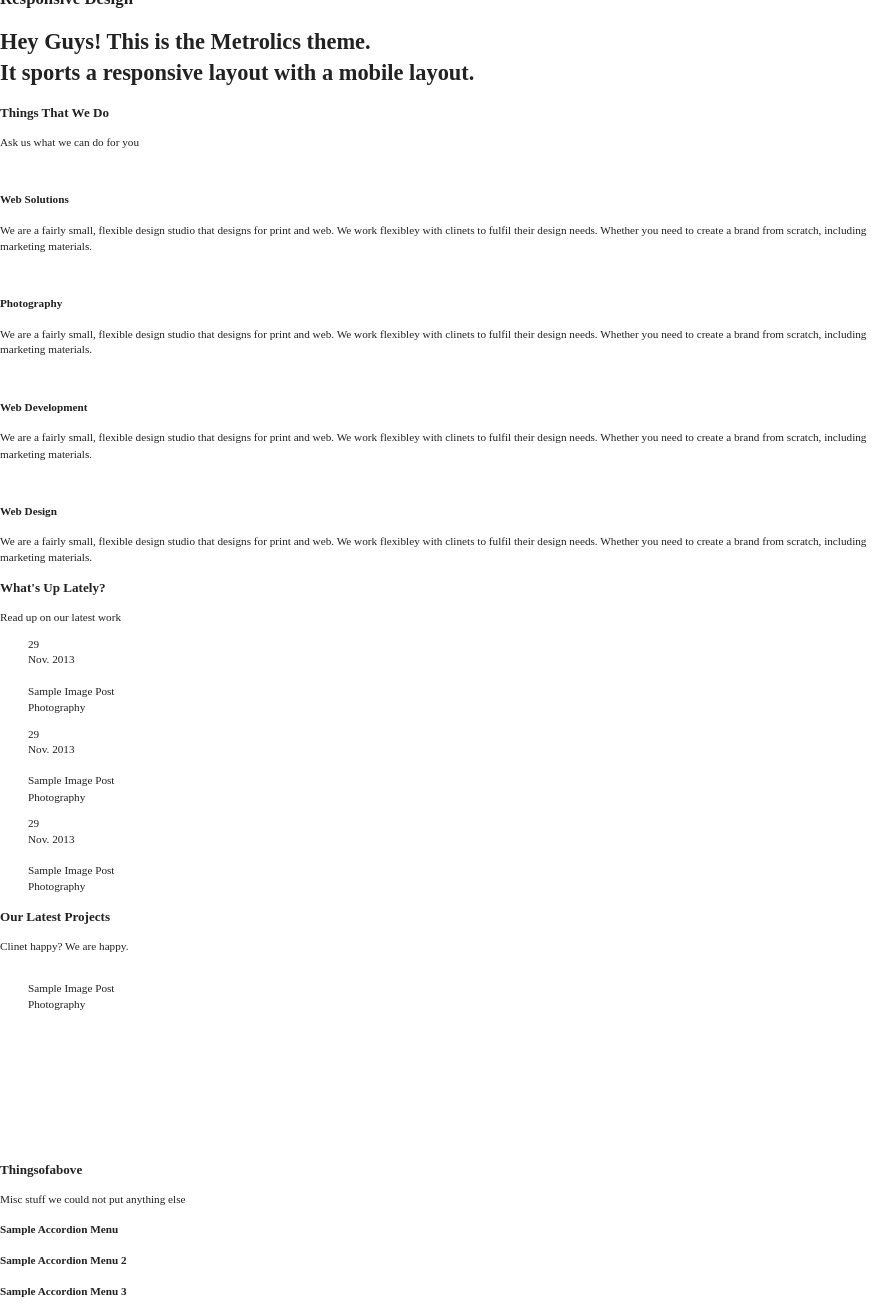
Repository: claudiashin/metrolics
Page: index.html
The author's editor kept a copy of each file at every save. The page is drawn from the files as they stood at one save, then again after a run of saves.
The browser window is 1280 px wide. The pictures show the part of the page from y = 662 to 2582 px (the page is 2538 px tall before and 2582 px after), at 70% of full size.

Above is the page before, as saved 2021-01-27 16:10:51.

### index.html
<!doctype html>
<html class="no-js" lang="EN">

<head>
  <meta charset="utf-8">
  <title>MDIA 2003 Lab 3</title>
  <meta name="description" content="">
  <meta name="viewport" content="width=device-width, initial-scale=1">

  <link rel="manifest" href="site.webmanifest">
  <link rel="apple-touch-icon" href="icon.png">
  <!-- Place favicon.ico in the root directory -->

  <link rel="stylesheet" href="css/normalize.css">
  <link rel="stylesheet" href="css/main.css">
</head>

<body>
  <header class="page_header">
    <div class="logo">
      <div><h1>Metrolics</h1></div>
      <div class="logoimg"><img src=""></div>
    </div>
  </header>

  <nav class="page_nav">
    <div class="nav_container">
      <div class="nav_icon">
        <div><img src=""></div>
        <p>Home</p>
      </div>
      <div class="nav_icon">
        <div><img src=""></div>
        <p>Pages</p>
      </div><div class="nav_icon">
        <div><img src=""></div>
        <p>Blog</p>
      </div><div class="nav_icon">
        <div><img src=""></div>
        <p>Portfolio</p>
      </div><div class="nav_icon">
        <div><img src=""></div>
        <p>Home</p>
      </div>
    </div>
  </nav>

  <section class="main_container">
    <div class="hero_img">
      <img src="">
    </div>
    <div class="">
      <h2>Metro Style</h2>
      <h2>Retina Ready</h2>
      <h2>Responsive Design</h2>
    </div>
  </section>

  <section class="main_container">
    <div>
      <h1>Hey Guys! This is the <span class="textcol">Metrolics</span> theme.<br>It sports a responsive layout with a mobile layout.</h1>
    </div>
  </section>

  <section class="main_container">
    <div class="container">
      <h3>Things That We Do</h3>
      <p>Ask us what we can do for you</p>
    </div>
    <div class="container">
      <div class="container_feature">
        <div class="feature_img">
          <img src="">
        </div>
        <div><h4>Web Solutions</h4></div>
        <div><p>We are a fairly small, flexible design studio that designs for print
          and web. We work flexibley with clinets to fulfil their design needs. Whether
          you need to create a brand from scratch, including marketing materials.
        </p></div>
      </div>
    </div>
    <div class="container">
      <div class="container_feature">
        <div class="feature_img">
          <img src="">
        </div>
        <div><h4>Photography</h4></div>
        <div><p>We are a fairly small, flexible design studio that designs for print
          and web. We work flexibley with clinets to fulfil their design needs. Whether
          you need to create a brand from scratch, including marketing materials.
        </p></div>
      </div>
    </div><div class="container">
      <div class="container_feature">
        <div class="feature_img">
          <img src="">
        </div>
        <div><h4>Web Development</h4></div>
        <div><p>We are a fairly small, flexible design studio that designs for print
          and web. We work flexibley with clinets to fulfil their design needs. Whether
          you need to create a brand from scratch, including marketing materials.
        </p></div>
      </div>
    </div><div class="container">
      <div class="container_feature">
        <div class="feature_img">
          <img src="">
        </div>
        <div><h4>Web Design</h4></div>
        <div><p>We are a fairly small, flexible design studio that designs for print
          and web. We work flexibley with clinets to fulfil their design needs. Whether
          you need to create a brand from scratch, including marketing materials.
        </p></div>
      </div>
    </div>
  </section>

  <section class="main_container">
    <div class="container">
      <h3>What's Up Lately?</h3>
      <p>Read up on our latest work</p>
    </div>
    <div class="container">
      <figure>
        <figcaption>29 <br> Nov. 2013</figcaption>
        <img src="" value="">
        <figcaption>Sample Image Post <br> Photography</figcaption>
      </figure>
    </div>
    <div class="container">
      <figure>
        <figcaption>29 <br> Nov. 2013</figcaption>
        <img src="" value="">
        <figcaption>Sample Image Post <br> Photography</figcaption>
      </figure>
    </div>
    <div class="container">
      <figure>
        <figcaption>29 <br> Nov. 2013</figcaption>
        <img src="" value="">
        <figcaption>Sample Image Post <br> Photography</figcaption>
      </figure>
    </div>
  </section>

  <section class="main_container">
    <div class="container">
      <h3>Our Latest Projects </h3>
      <p>Clinet happy? We are happy.</p>
    </div>
    <div class="container">
      <figure>
        <img src="" value="">
        <figcaption>Sample Image Post <br> Photography</figcaption>
      </figure>
    </div>
    <div class="container">
      <figure>
        <img src="" value="">
      </figure>
    </div>
    <div class="container">
      <figure>
        <img src="" value="">
      </figure>
    </div>
    <div class="container">
      <figure>
        <img src="" value="">
      </figure>
    </div>
    <div class="container">
      <figure>
        <img src="" value="">
      </figure>
    </div>
    <div class="container">
      <figure>
        <img src="" value="">
      </figure>
    </div>
  </section>

  <section class="main_container">
    <div class="container">
      <h3>Thingsofabove </h3>
      <p>Misc stuff we could not put anything else</p>
    </div>
    <div class="container">
      <div class="items">
        <h4>Sample Accordion Menu</h4>
      </div>
      <div class="items">
        <div class="items_img">

        </div>
      </div>
      <div class="items">
        <h4>Sample Accordion Menu 2</h4>
      </div>
      <div class="items">
        <h4>Sample Accordion Menu 3</h4>
      </div>
    </div>

    <div class="container">

    </div>



  </section>

  <footer>

  </footer>
</body>

</html>

### css/main.css
/*! HTML5 Boilerplate v8.0.0 | MIT License | https://html5boilerplate.com/ */

/* main.css 2.1.0 | MIT License | https://github.com/h5bp/main.css#readme */
/*
 * What follows is the result of much research on cross-browser styling.
 * Credit left inline and big thanks to Nicolas Gallagher, Jonathan Neal,
 * Kroc Camen, and the H5BP dev community and team.
 */

/* ==========================================================================
   Base styles: opinionated defaults
   ========================================================================== */

html {
  color: #222;
  font-size: 1em;
  line-height: 1.4;
}

/*
 * Remove text-shadow in selection highlight:
 * https://twitter.com/miketaylr/status/12228805301
 *
 * Vendor-prefixed and regular ::selection selectors cannot be combined:
 * https://stackoverflow.com/a/16982510/7133471
 *
 * Customize the background color to match your design.
 */

::-moz-selection {
  background: #b3d4fc;
  text-shadow: none;
}

::selection {
  background: #b3d4fc;
  text-shadow: none;
}

/*
 * A better looking default horizontal rule
 */

hr {
  display: block;
  height: 1px;
  border: 0;
  border-top: 1px solid #ccc;
  margin: 1em 0;
  padding: 0;
}

/*
 * Remove the gap between audio, canvas, iframes,
 * images, videos and the bottom of their containers:
 * https://github.com/h5bp/html5-boilerplate/issues/440
 */

audio,
canvas,
iframe,
img,
svg,
video {
  vertical-align: middle;
}

/*
 * Remove default fieldset styles.
 */

fieldset {
  border: 0;
  margin: 0;
  padding: 0;
}

/*
 * Allow only vertical resizing of textareas.
 */

textarea {
  resize: vertical;
}

/* ==========================================================================
   Author's custom styles
   ========================================================================== */

/* ==========================================================================
   Helper classes
   ========================================================================== */

/*
 * Hide visually and from screen readers
 */

.hidden,
[hidden] {
  display: none !important;
}

/*
 * Hide only visually, but have it available for screen readers:
 * https://snook.ca/archives/html_and_css/hiding-content-for-accessibility
 *
 * 1. For long content, line feeds are not interpreted as spaces and small width
 *    causes content to wrap 1 word per line:
 *    https://medium.com/@jessebeach/beware-smushed-off-screen-accessible-text-5952a4c2cbfe
 */

.sr-only {
  border: 0;
  clip: rect(0, 0, 0, 0);
  height: 1px;
  margin: -1px;
  overflow: hidden;
  padding: 0;
  position: absolute;
  white-space: nowrap;
  width: 1px;
  /* 1 */
}

/*
 * Extends the .sr-only class to allow the element
 * to be focusable when navigated to via the keyboard:
 * https://www.drupal.org/node/897638
 */

.sr-only.focusable:active,
.sr-only.focusable:focus {
  clip: auto;
  height: auto;
  margin: 0;
  overflow: visible;
  position: static;
  white-space: inherit;
  width: auto;
}

/*
 * Hide visually and from screen readers, but maintain layout
 */

.invisible {
  visibility: hidden;
}

/*
 * Clearfix: contain floats
 *
 * For modern browsers
 * 1. The space content is one way to avoid an Opera bug when the
 *    `contenteditable` attribute is included anywhere else in the document.
 *    Otherwise it causes space to appear at the top and bottom of elements
 *    that receive the `clearfix` class.
 * 2. The use of `table` rather than `block` is only necessary if using
 *    `:before` to contain the top-margins of child elements.
 */

.clearfix::before,
.clearfix::after {
  content: " ";
  display: table;
}

.clearfix::after {
  clear: both;
}

/* ==========================================================================
   EXAMPLE Media Queries for Responsive Design.
   These examples override the primary ('mobile first') styles.
   Modify as content requires.
   ========================================================================== */

@media only screen and (min-width: 35em) {
  /* Style adjustments for viewports that meet the condition */
}

@media print,
  (-webkit-min-device-pixel-ratio: 1.25),
  (min-resolution: 1.25dppx),
  (min-resolution: 120dpi) {
  /* Style adjustments for high resolution devices */
}

/* ==========================================================================
   Print styles.
   Inlined to avoid the additional HTTP request:
   https://www.phpied.com/delay-loading-your-print-css/
   ========================================================================== */

@media print {
  *,
  *::before,
  *::after {
    background: #fff !important;
    color: #000 !important;
    /* Black prints faster */
    box-shadow: none !important;
    text-shadow: none !important;
  }

  a,
  a:visited {
    text-decoration: underline;
  }

  a[href]::after {
    content: " (" attr(href) ")";
  }

  abbr[title]::after {
    content: " (" attr(title) ")";
  }

  /*
   * Don't show links that are fragment identifiers,
   * or use the `javascript:` pseudo protocol
   */
  a[href^="#"]::after,
  a[href^="javascript:"]::after {
    content: "";
  }

  pre {
    white-space: pre-wrap !important;
  }

  pre,
  blockquote {
    border: 1px solid #999;
    page-break-inside: avoid;
  }

  /*
   * Printing Tables:
   * https://web.archive.org/web/20180815150934/http://css-discuss.incutio.com/wiki/Printing_Tables
   */
  thead {
    display: table-header-group;
  }

  tr,
  img {
    page-break-inside: avoid;
  }

  p,
  h2,
  h3 {
    orphans: 3;
    widows: 3;
  }

  h2,
  h3 {
    page-break-after: avoid;
  }
}

Loaded but not shown: css/normalize.css (library)

After the next 6 saves:
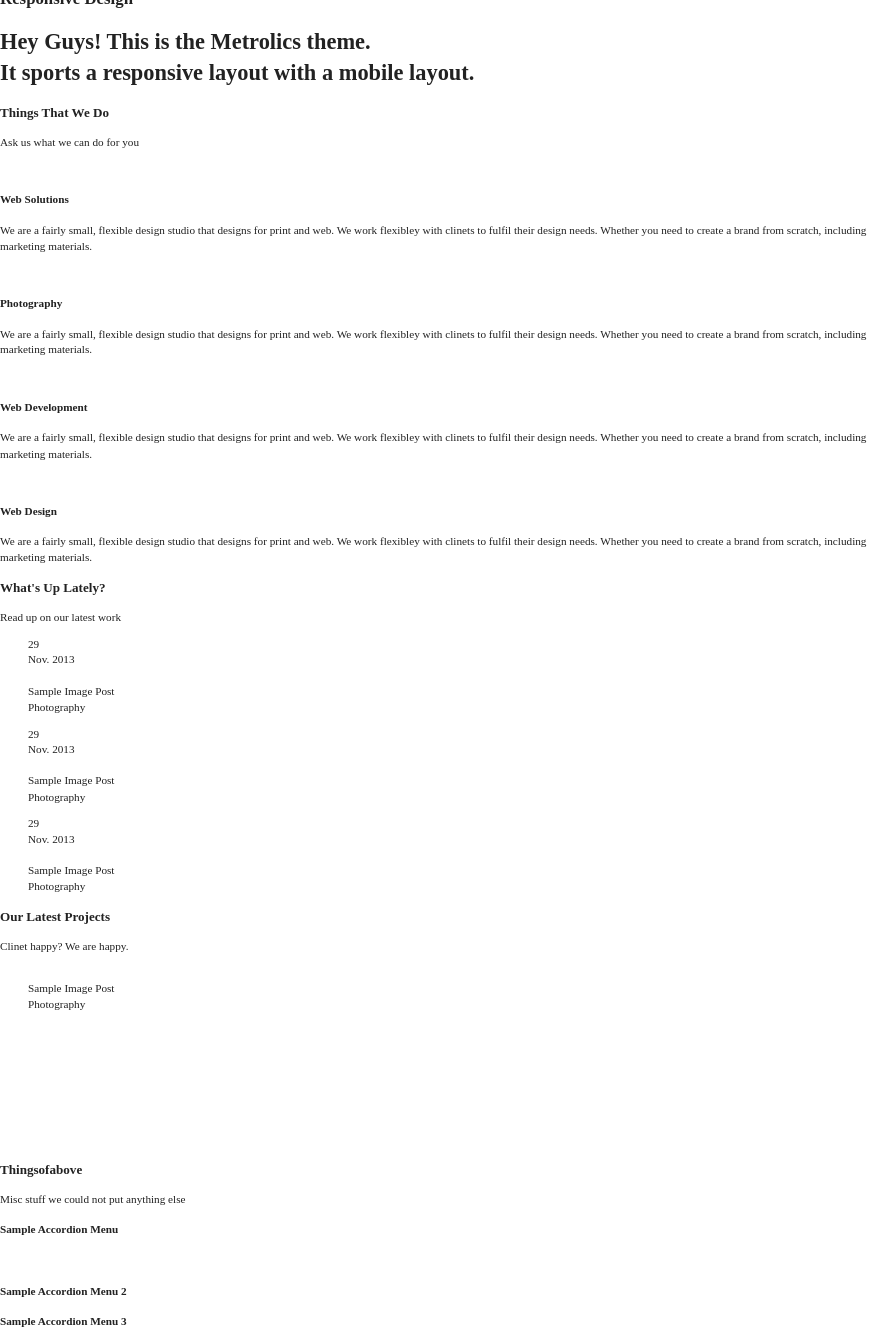
The 6 saves are shown as one change because they came seconds apart.
The last was saved 15 s later.
--- a/index.html
+++ b/index.html
@@ -192,8 +192,9 @@
       </div>
       <div class="items">
         <div class="items_img">
-
-        </div>
+          <img src="">
+        </div>
+        <div class="itmes_"
       </div>
       <div class="items">
         <h4>Sample Accordion Menu 2</h4>
